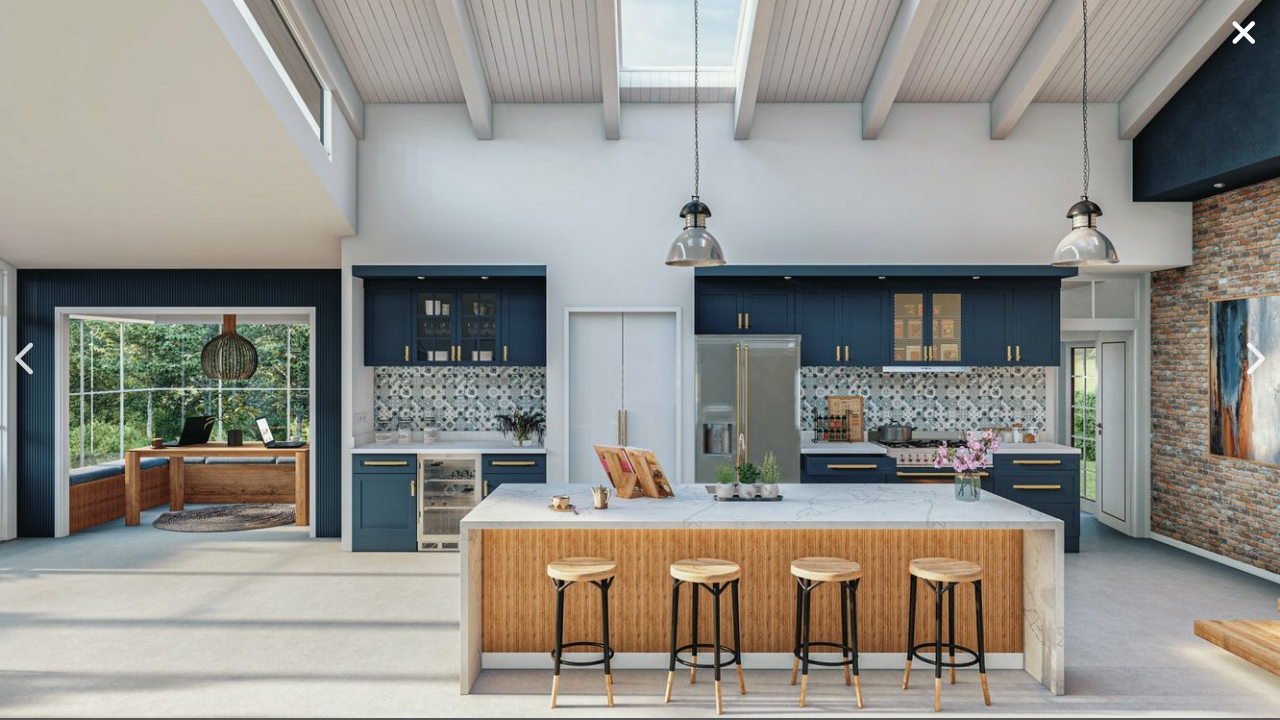
Repository: QUANGTHAI2003/images-gallery
Page: index.html
An editor plug-in stored every save of this project. The page is shown before and after the next save, followed by the edit.
The browser window is 1280 px wide. The pictures show the whole page.

Above is the page before, as saved 2022-03-01 16:16:33.

After the next save:
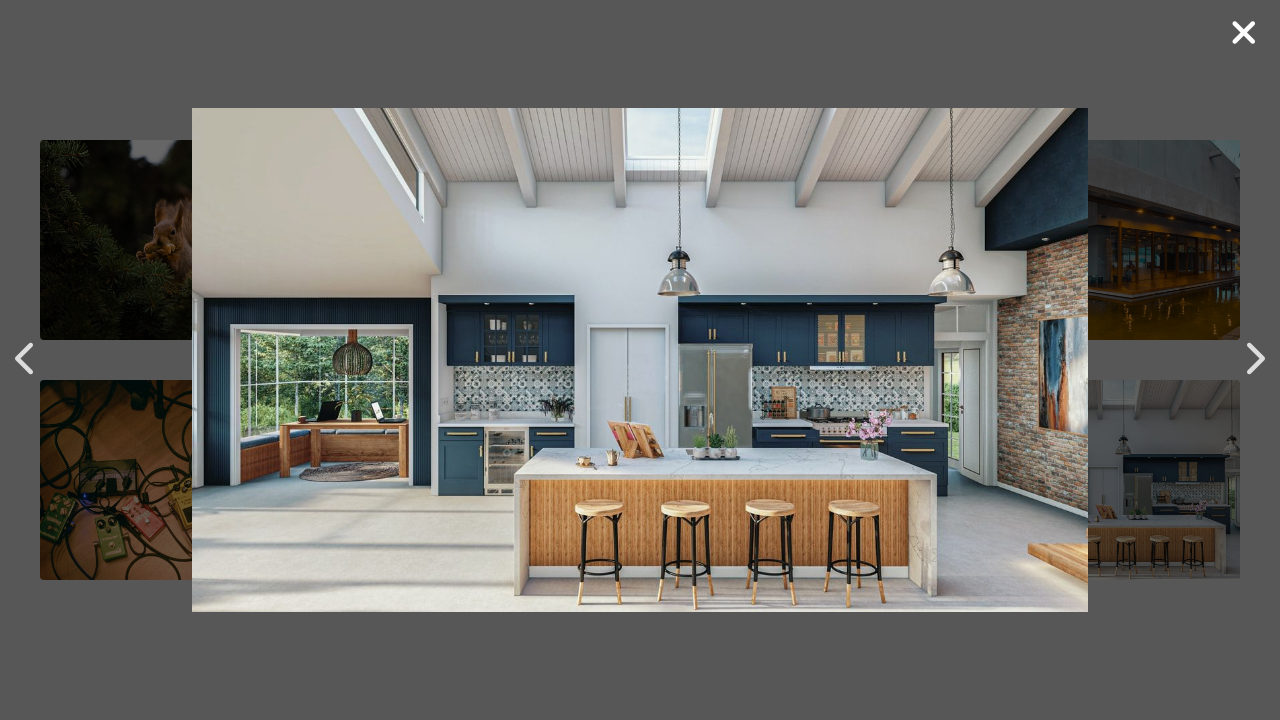
Saved 28 s later.
--- a/style.css
+++ b/style.css
@@ -52,6 +52,11 @@ img {
     color: white;
 }
 
+.gallery-inner {
+    width: 70%;
+    height: 70%;
+}
+
 .close {
     position: fixed;
     top: 15px;
